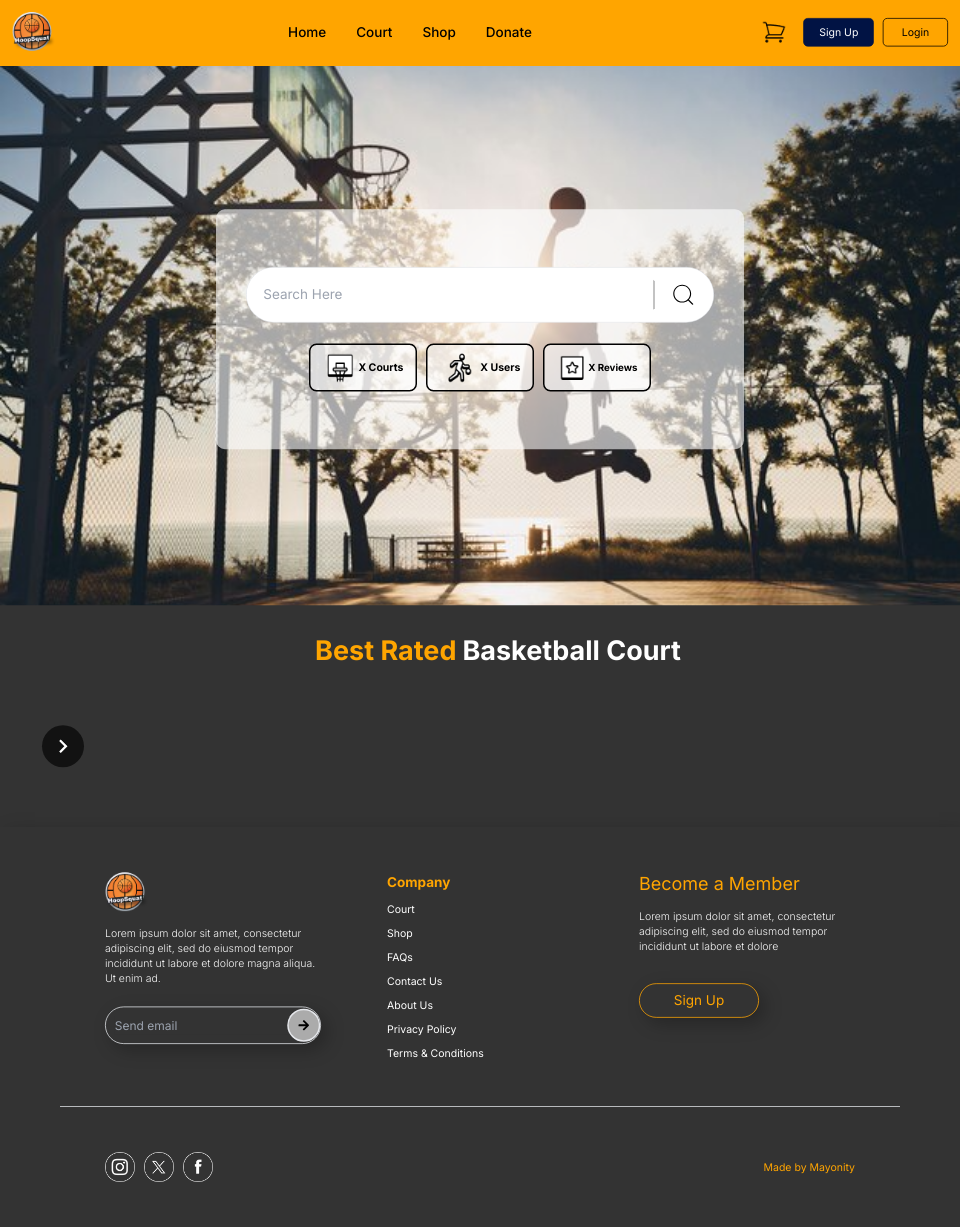
Repository: Abdul-Hannan232/basket-ball-website
Page: /
These files come from the project's save history. The page is drawn as it stood at one moment and after the next save; the edit follows.
The browser window is 1280 px wide. The pictures show the whole page, at 75% of full size.
The page's requests for data from a server got no answer. The project was rebuilt for these pictures with package versions that can differ from the ones it lists, and the page was loaded fresh each time. The framework's server and built-in components were replaced by stand-ins that run in the browser. No one was signed in, and anything a server would have sent is missing. Also part of the build but not shown: next.config.mjs, app/utils/rating.js.

Above is the page before, as saved 2024-09-15 21:34:31.

### app/layout.tsx
import type { Metadata } from "next";
import { Inter } from "next/font/google";
import "./globals.css";
import Authprovider from "./component/Authprovider/Authprovider";

const inter = Inter({ subsets: ["latin"] });

export const metadata: Metadata = {
  title: "Basket Ball",
  description: "Generated by create next app",
};

export default function RootLayout({
  children,
}: Readonly<{
  children: React.ReactNode;
}>) {
  return (
    <html lang="en">
      <head>
        <link rel="icon" href="/favicon.png" />
        <title>Basket Ball</title>
      </head>
      <body className={inter.className}>
        <Authprovider>
          {children}
        </Authprovider>
      </body>
    </html>
  );
}

### app/page.tsx
import HomePage from "./component/HomeComponent"
export default function Home() {
  return (
    <>
      <HomePage />
    </>
  );
}

### app/globals.css
@import url('https://fonts.googleapis.com/css2?family=Poppins:wght@100;200;400&display=swap');
@import url('https://fonts.googleapis.com/css2?family=Poppins:ital,wght@0,100;0,200;0,300;0,400;0,500;0,600;0,700;0,800;0,900;1,100;1,200;1,300;1,400;1,500;1,600;1,700;1,800;1,900&display=swap');
@tailwind base;
@tailwind components;
@tailwind utilities;
/* Styling for the pagination container */
.custom-paginator .p-paginator {
  @apply  rounded-lg p-4 mt-2 flex flex-row gap-10 fixed  right-0;
}
.poppins-bold {
  font-family: "Poppins", sans-serif;
  font-weight: 700;
  font-style: normal;
}
.hover-design{
  background: linear-gradient(90deg, #FFA500 0%, rgba(255, 165, 0, 0.09) 85.85%);

}
/* Styling for individual page numbers */
.custom-paginator .p-paginator .p-paginator-page {
  @apply bg-white text-black rounded-md w-10 h-10 inline items-center text-center justify-center mx-1;
}

/* Highlighted page number styling */
.custom-paginator .p-paginator .p-paginator-page.p-highlight {
  @apply bg-[#FFA500] text-white inline text-center flex-row;
}

/* Styling for previous and next buttons */
.custom-paginator .p-paginator .p-paginator-prev,
.custom-paginator .p-paginator .p-paginator-next {
  @apply bg-[#CACACA] p-1 text-black flex flex-row rounded-md;
}

body {
  background-color: rgba(51, 51, 51, 1);
  color: white;
  font-family: 'Poppins', sans-serif;
}

.shadow {
  box-shadow: 8px 8px 24px 0px #00000040;

}
.banner {
  background-image: url('/banner.png');
  background-position: center;
  background-size: cover;
  width: 100%;
  background-repeat: no-repeat;
}
.backColor{
  background: linear-gradient(90.35deg, #FFA500 0.24%, #FF7D05 99.7%);

}
.mobilebanner {
  background-image: url('/mobildbanner.png');
  background-position: center;
  background-size: cover;
  background-repeat: no-repeat;
}
@media only screen and (max-width:320px) {
  .slick-slide {
    margin-left:5px; /* Adjust the value as needed */
  }
}
.slick-slide {
  margin-left:5px; /* Adjust the value as needed */
}
.bounceball {
  position: relative;
  display: inline-block;
  height: 20px;
  width: 15px;
  /* Adjust the width as needed */
}

.bounceball:before {
  position: absolute;
  content: '';
  display: block;
  top: 0;
  width: 25px;
  /* Adjust the width as needed */
  height: 20px;
  border-radius: 50%;
  background-color: #FFA500;
  transform-origin: 50%;
  animation: bounce 500ms alternate infinite ease;
}

@layer
{
  .wrap {
    @apply absolute top-1/2 left-1/2 transform -translate-x-1/2 -translate-y-1/2;
  }
}
@keyframes bounce {
  0% {
    top: 70px;
    height: 5px;
    border-radius: 60px 60px 20px 20px;
    transform: scaleX(2);
  }

  35% {
    height: 15px;
    border-radius: 50%;
    transform: scaleX(1);
  }

  100% {
    top: 0;
  }
}


.animate-bounce {
  animation: bounce 500ms alternate infinite ease;
}

/* Api loading */
.loader {
  width: 48px;
  height: 48px;
  display: inline-block;
  position: relative;
}
.loader::after,
.loader::before {
  content: '';
  box-sizing: border-box;
  width: 48px;
  height: 48px;
  border-radius: 50%;
  border: 2px solid #FFA500;
  position: absolute;
  left: 0;
  top: 0;
  animation: animloader 2s linear infinite;
}
.loader::after {
  animation-delay: 1s;
}

@keyframes animloader {
  0% {
    transform: scale(0);
    opacity: 1;
  }
  100% {
    transform: scale(1);
    opacity: 0;
  }
}

### app/component/Authprovider/Authprovider.js
"use client"
import React from "react";
import { SessionProvider } from "next-auth/react";
const Authprovider = ({children}) => {
    return (
        <SessionProvider>
             {children}
        </SessionProvider>
    )
}
export default Authprovider

### app/component/HomeComponent.js
import React from 'react'
import Navbar from './NavBarComponent'
import Image from 'next/image'
import { CiSearch } from "react-icons/ci"
import Footer from "./FooterComponent"
import BasketBall from "./CourtsSlider"
const HomeComponent = () => {
  return (
    <div>
      <Navbar/>
      <div className=' md:banner mobilebanner   md:h-[100vh] h-[250px]'  >
        <div className='relative  flex flex-col md:justify-center md:mt-0 pt-14 items-center md:h-[90vh] '>
          <div className='bg-white absolute lg:w-[55%] w-[90%] mx-auto md:h-80 h-36 flex flex-col justify-center it-center  bg-opacity-60 rounded-xl  right-0 left-0'>
            <div className='relative lg:mx-10 mx-5 border bg-white text-black flex items-center   rounded-full'>
              <input type='text' placeholder='Search Here' className='text-black md:text-lg text-xs border-transparent outline-none hover:border-[#FFA500] border-2 md:p-5 p-3 w-full rounded-full ' />
              <CiSearch className="absolute text-black md:w-20 w-8 px-1 my-2 md:h-10 h-6 right-0 text-4xl border-2 border-[#AFAFAF] border-t-transparent border-r-transparent border-b-transparent  md:top- " />
            </div>
            <div className='flex justify-center gap-3 mt-7 '>
              <div className='bg-white text-center text-black bg-opacity-60 border-[#000000] border-2 flex justify-center items-center md:rounded-[10px] rounded-[7px] md:p-4 p-2 md:w-36 w-22  md:h-16 h-10'>

                <Image src="/Basketball Net.png" alt="basket" width={100} height={50} className='md:w-10 mx-auto mt-1 md:h-12 w-6 h-8 ' />
                <p className='md:text-sm text-[8px]  font-bold'>X Courts</p>
              </div>
              <div className='bg-white text-center text-black bg-opacity-60 border-[#000000] border-2 flex justify-center items-center md:rounded-[10px] rounded-[7px] md:p-4 p-2 md:w-36 w-22  md:h-16 h-10'>

                <Image src="/Basketball Player.png" alt="basket" width={100} height={50} className='md:w-10 mx-auto  md:h-10 w-6 h-6 ' />
                <p className='md:text-sm text-[8px]  font-bold'>X Users</p>
              </div>
              <div className='bg-white text-center text-black bg-opacity-60 border-[#000000] border-2 flex justify-center items-center md:rounded-[10px] rounded-[7px] md:p-4 p-2 md:w-36 w-22  md:h-16 h-10'>

                <Image src="/Rating.png" alt="basket" width={100} height={50} className='md:w-10 mx-auto  md:h-10 w-6 h-6 ' />
                <p className='md:text-[13px] text-[8px]  font-bold'>X Reviews</p>
              </div>

            </div>
          </div>
        </div>
      </div>
      <BasketBall slide={"carousel"} />
      <Footer/>
    </div>
  )
}

export default HomeComponent

### app/component/CourtsSlider.js
"use client"
import React, { useRef, useState, useEffect } from 'react';
import Slider from 'react-slick';
import { RiArrowLeftSLine } from 'react-icons/ri';
import { MdOutlineKeyboardArrowRight } from "react-icons/md"
import 'slick-carousel/slick/slick.css';
import 'slick-carousel/slick/slick-theme.css';
import Image from 'next/image';
import Link from 'next/link';
import renderStars from "../utils/rating"
import { allCourts as fetchAllCourts } from "../services/courtsServices"; // Rename the imported function
const settings = {
    infinite: true,
    speed: 500,
    slidesToShow: 3.5,
    slidesToScroll: 1,
    responsive: [
        {
            breakpoint: 1267, // Adjust the breakpoint as needed
            settings: {
                slidesToShow: 2.5,
                slidesToScroll: 2,
            },
        },
        {
            breakpoint: 959, // Adjust the breakpoint as needed
            settings: {
                slidesToShow: 2,
                slidesToScroll: 2,
            },
        },

        {
            breakpoint: 320, // Adjust the breakpoint as needed
            settings: {
                slidesToShow: 1.1,
                slidesToScroll: 1,
            },
        },
    ],
    prevArrow: <></>, // Hides the previous arrow
    nextArrow: <></>,
};
const CourtsSlider = ({ slide }) => {
    const sliderRef = useRef(null);
    const [spinner, setSpinner] = useState(false)

    const goToPrev = () => {
        sliderRef.current.slickPrev();
    };

    const goToNext = () => {
        sliderRef.current.slickNext();
    };

    const [allCourts, setAllCourts] = useState([]); // Initialize with an empty array

    useEffect(() => {
        setSpinner(true)
        const getCourts = async () => {
            try {
                const response = await fetchAllCourts(); // Use the renamed function
                setAllCourts(response.data.courts); // Store the fetched data in state
            } catch (error) {
                console.error("Failed to fetch courts data:", error);
                // You can also add error handling for the UI here
            } finally {
                setSpinner(false)
            }
        };

        getCourts();
    }, []);
    return (
        <div >
            {slide === 'carousel' ? (
                <div className="  2xl:ml-32 md:ml-14 md:pt-10 pt-10 w-[95%] mx-auto z-10 2xl:mb-40 md:mb-20" id="Testimonials" style={{ position: 'relative' }}>
                    <div className='2xl:text-6xl md:text-4xl text-xl font-bold md:mb-20 mb-10 flex justify-center items-center gap-2 '>
                        <h1 className='text-[#FFA500]'>Best Rated </h1>
                        <h1>Basketball Court</h1>
                    </div>
                    <div className="flex justify-center">
                        {spinner ? <span className="loader"></span> : null}
                    </div>


                 <div className='slick- slick-arrow'>
                            <div className="bg-[#000000A6] text-white text-7xl md:p-[10px] flex items-center justify-center cursor-pointer md:w-14 md:h-14 w-10 h-10 text-center font-bold  rounded-full" onClick={goToNext}>
                                <MdOutlineKeyboardArrowRight />
                            </div>
                        </div>
                    <Slider ref={sliderRef} {...settings}>

                        {allCourts.map((item, index) => (
                            <div key={index} className=' '>
                                <div className='relative shadow cursor-pointer text-black rounded-md 2xl:w-[450px] md:w-[300px] w-[250px] group'>
                                    <div className='absolute inset-0 bg-black opacity-0 z-20 group-hover:opacity-70 transition-opacity'></div>

                                    <div className='bg-[#D9D9D9] relative rounded-md overflow-hidden'>
                                        {/* Image and content */}

                                        <Image src={item.images?.[0]
                                            ? `${process.env.NEXT_PUBLIC_IMAGE_URL}/${item.images[0]}`
                                            : '/basketBALL.png'} alt="image" width={343} height={228} className='rounded-t-xl h-60 2xl:w-[400px]' />

                                        <div className='flex items-center justify-center float-right -mt-5 shadow z-10 absolute right-0 p-3 w-32 gap-2 rounded-l-xl bg-white text-black'>

                                            <Image src={item.type === "indoor" ? "/Roofing.png" : "/Basketball Court.png"}
                                                alt="shelter" width={24} height={24} />
                                            <p>{item.type}</p>
                                        </div>
                                        <div className='m-5'>
                                            {/* <Image src="/star.png" alt="image" width={112} height={20} /> */}
                                            <div className='flex items-center'>
                                                {renderStars(item.ratings)}
                                            </div>
                                            <p className='text-[10px] mt-1 font-bold'>{item.rating.length} reviews</p>
                                            <h1 className='text-xl font-bold mb-5'>{item.name}</h1>
                                            <p className='w-32 text-xs font-medium mt-1'>{item.location}</p>
                                            <button className='bg-[#FFA500] p-2 mb-5 mt-10 text-black font-bold text-sm w-full shadow'>
                                                View Court
                                            </button>
                                        </div>

                                        {/* Overlay with Maintenance Button */}
                                        <div className='flex flex-col items-center h-96 justify-center z-40 absolute inset-0 opacity-0 group-hover:opacity-100 transition-opacity'>
                                            <button className='bg-[#232323] py-2 px-4 rounded-full text-white'>
                                                Maintenance
                                            </button>
                                        </div>
                                    </div>
                                </div>

                            </div>
                        ))}

                    </Slider>
                    {/* <div style={{ position: 'absolute', transform: 'translateY(-50%)', zIndex: '1' }} className='2xl:top-[45%] lg:top-[65%] top-[35%] md:w-[100%] flex justify-between w-[100%] mx-auto'>
                        <div className=' slick- slick-arrow md:-ml-14 '>
                            <div onClick={goToPrev} className='bg-[#000000A6] text-white text-7xl md:p-[10px] flex items-center justify-center cursor-pointer md:w-14 md:h-14 w-10 h-10 text-center font-bold  rounded-full'>
                                <RiArrowLeftSLine />
                            </div>
                        </div>


                    </div> */}
                </div>
            ) : (
                <>
                    <div className="flex justify-center mt-[30px]">
                        {spinner ? <span className="loader"></span> : null}
                    </div>
                    <div className='grid xl:grid-cols-4 lg:grid-cols-3 md:grid-cols-2 grid-cols-1 gap-20 w-[80%] md:mt-20 mt-5 md:mx-auto mx-5'>

                        {allCourts.map((item, index) => (
                            <div key={index} className='relative  shadow text-black rounded-md 2xl:w-[300px] xl:w-[250px] md:w-[250px] w-[280px] group'>
                                <div className='bg-[#D9D9D9] relative rounded-md overflow-hidden'>
                                    {/* Overlay */}
                                    <div className='absolute inset-0 bg-black opacity-0  group-hover:opacity-70 transition-opacity'></div>

                                    {/* Maintenance Button (Initially Hidden) */}
                                    <div className='flex flex-col items-center h-80 justify-center z-20 absolute inset-0 opacity-0 group-hover:opacity-100 transition-opacity'>
                                        <button className='bg-[#232323] py-2 px-4 rounded-full text-white'>
                                            Maintenance
                                        </button>
                                    </div>

                                    <Image src={item.images?.[0]
                                        ? `${process.env.NEXT_PUBLIC_IMAGE_URL}/${item.images[0]}`
                                        : '/basketBALL.png'} alt="image" width={343} height={228} className='rounded-t-xl 2xl:w-[450px]' />

                                    <div className='flex items-center justify-center float-right -mt-5 shadow  absolute right-0 p-3 w-32 gap-2 rounded-l-xl bg-white text-black'>

                                        <Image src={item.type === "indoor" ? "/Roofing.png" : "/Basketball Court.png"}
                                            alt="shelter" width={24} height={24} />
                                        <p>{item.type}</p>
                                    </div>

                                    <div className='m-5 relative'>
                                        {/* <Image src="/star.png" alt="image" width={60} height={20} />
                         */}
                                        <div className='flex items-center'>
                                            {renderStars(item.ratings)}
                                        </div>
                                        <p className='text-[10px] mt-1 font-bold'>{item.rating.length} reviews</p>
                                        <h1 className='text-lg font-bold mb-2'>{item.name}</h1>
                                        <p className='w-32 text-xs font-medium '>{item.location}</p>
                                        <button className='bg-[#FFA500] p-2 mb-3 mt-3 rounded-md text-black font-bold text-sm w-full shadow'>
                                            View Court
                                        </button>
                                    </div>
                                </div>
                            </div>


                        ))}
                    </div>
                </>
            )}

        </div >
    );
};

export default CourtsSlider;

### app/customHook/useAuthToken.js
import { useSession } from "next-auth/react";
import Cookies from "js-cookie";
import {jwtDecode} from "jwt-decode";

export const useAuthToken = () => {
  const { data: session } = useSession();

  const token = session?.authToken || Cookies.get("authToken");

  let decodedToken = null;
  if (token) {
    try {
      decodedToken = jwtDecode(token);
    } catch (error) {
      console.error("Invalid token:", error.message);
    }
  }

  return { token, decodedToken };
};

### app/services/courtsServices.js
import axios from "axios";
import Cookies from 'js-cookie';
export const allCourts = async (token) =>{
    try {

        const response = await axios.get(
            `${process.env.NEXT_PUBLIC_API_URL}/court/all`,
            {
                headers: {
                    Authorization: `Bearer ${token}`,
                },
            }
        );

        return response;
    }
    catch (error) {
        console.log("all Courts",error.response)
        return error.response || { message: "An error occurred", error };
    }

}

export const addCourt = async (body,token) => {

    try {
         const response = await axios.post(
            `${process.env.NEXT_PUBLIC_API_URL}/court/add`,
            body,
            {
                headers: {
                    Authorization: `Bearer ${token}`,                },
            }
        );

        return response;
    } catch (error) {
        return error.response;
    }
};

Loaded but not shown: tailwind.config.ts (common file); app/component/NavBarComponent.js (132 lines, source omitted); app/component/FooterComponent.js (94 lines, source omitted)

After the next save:
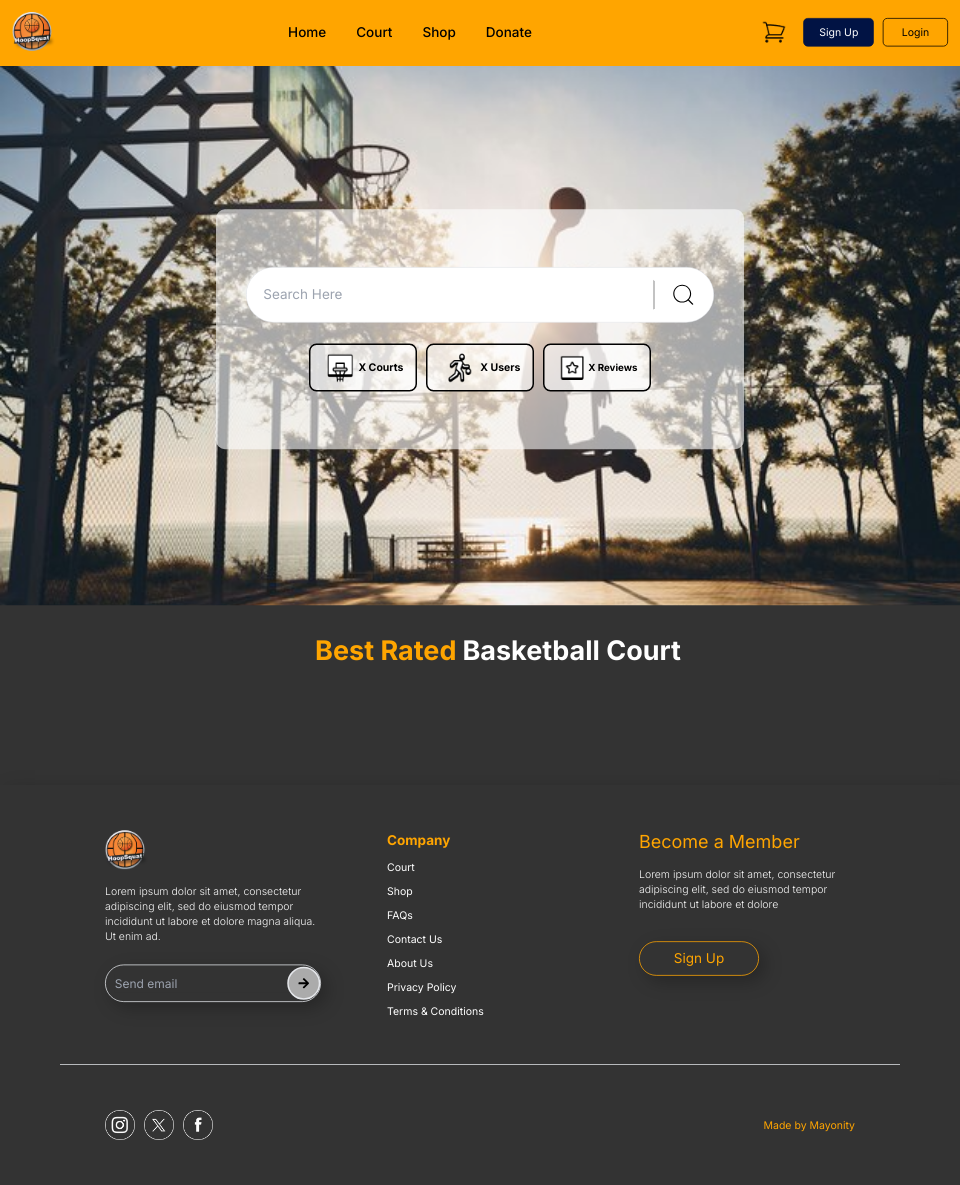
Saved 4 s later.
--- a/app/component/CourtsSlider.js
+++ b/app/component/CourtsSlider.js
@@ -84,11 +84,6 @@ const CourtsSlider = ({ slide }) => {
                     </div>
 
 
-                 <div className='slick- slick-arrow'>
-                            <div className="bg-[#000000A6] text-white text-7xl md:p-[10px] flex items-center justify-center cursor-pointer md:w-14 md:h-14 w-10 h-10 text-center font-bold  rounded-full" onClick={goToNext}>
-                                <MdOutlineKeyboardArrowRight />
-                            </div>
-                        </div>
                     <Slider ref={sliderRef} {...settings}>
 
                         {allCourts.map((item, index) => (
